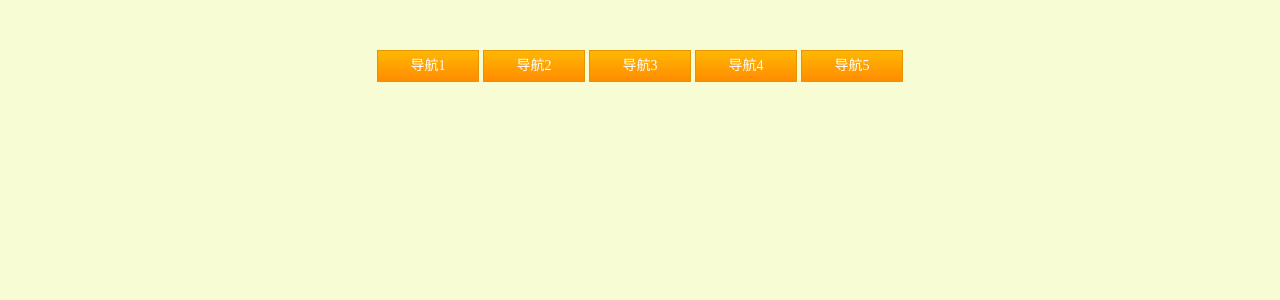
Repository: KaibutsuSama/CodePracticeExample
Page: Html5+Css3/Css3/02.背景属性/06.按钮例子.html
The author's editor kept a copy of each file at every save. The page is drawn from the files as they stood at one save, then again after the next save.
The browser window is 1280 px wide. The pictures show the whole page.

Above is the page before, as saved 2023-01-29 22:04:49.

After the next save:
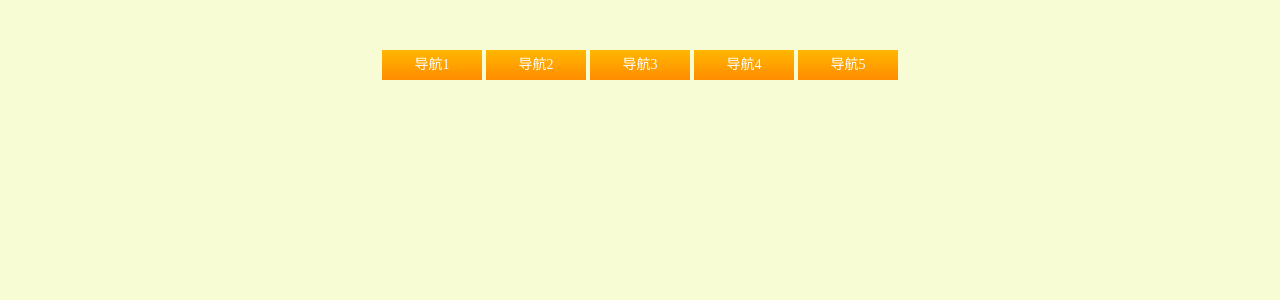
Saved 21 s later.
--- a/Html5+Css3/Css3/02.背景属性/06.按钮例子.html
+++ b/Html5+Css3/Css3/02.背景属性/06.按钮例子.html
@@ -32,7 +32,7 @@
             font-size: 14px;
             color: #fff;
             text-decoration: none;
-            border: 1px solid #e59500;
+            /* border: 1px solid #e59500; */
             background-color: #FFB700;
             background-image: linear-gradient(
                     to bottom,

After the 3 saves that followed:
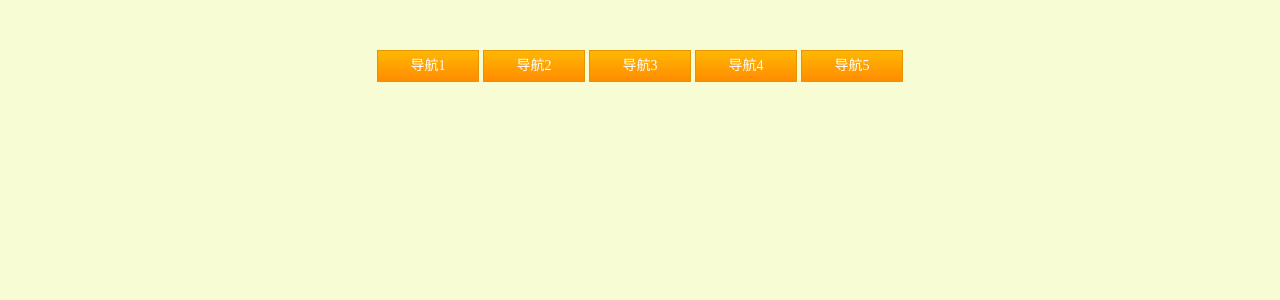
The 3 saves are shown as one change because 1 left the picture as it was and some came seconds apart.
The last was saved 11 s later.
--- a/Html5+Css3/Css3/02.背景属性/06.按钮例子.html
+++ b/Html5+Css3/Css3/02.背景属性/06.按钮例子.html
@@ -32,7 +32,7 @@
             font-size: 14px;
             color: #fff;
             text-decoration: none;
-            /* border: 1px solid #e59500; */
+            border: 1px solid #e59500;
             background-color: #FFB700;
             background-image: linear-gradient(
                     to bottom,
